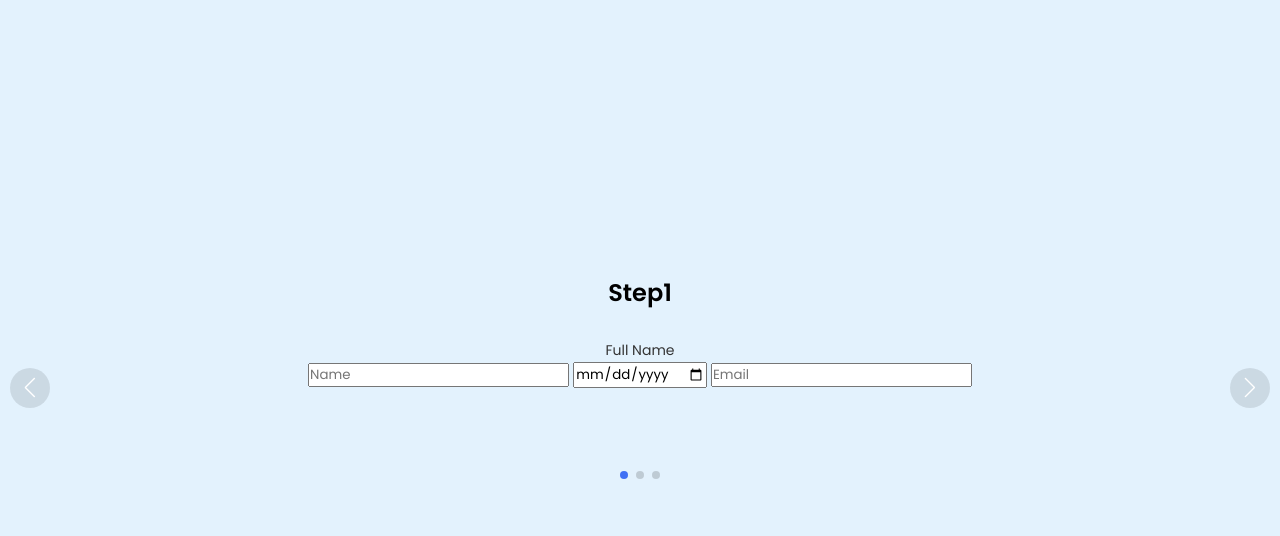
Repository: Habeebur1493/-22-multi-step-form
Page: index.html
An editor plug-in stored every save of this project. The page is shown before and after the next save, followed by the edit.
The browser window is 1280 px wide. The pictures show the whole page.

Above is the page before, as saved 2024-10-13 12:43:29.

### index.html
<!DOCTYPE html>
<html lang="en">
  <head>
    <meta charset="UTF-8" />
    <meta http-equiv="X-UA-Compatible" content="IE=edge" />
    <meta name="viewport" content="width=device-width, initial-scale=1.0" />
    <title>Responsive Testimonial Slider</title>

    <!-- Swiper CSS -->
    <link rel="stylesheet" href="css/swiper-bundle.min.css" />

    <!-- CSS -->
    <link rel="stylesheet" href="css/style.css" />

    <!-- Boxicons CSS -->
    <link
      href="https://unpkg.com/boxicons@2.1.2/css/boxicons.min.css"
      rel="stylesheet"
    />
  </head>
  <body>
    <section class="container">
      <div class="testimonial mySwiper">
        <div class="testi-content swiper-wrapper">
          <div class="slide swiper-slide">
            <h1>Step1</h1>
            <form action="">
              <p>Full Name</p>
              <input type="text" placeholder="Name" />
              <input type="date" placeholder="Date of Birth" />
              <input type="email" placeholder="Email" />

            </form>
          </div>
          <div class="slide swiper-slide">

            <p>
              Lorem ipsum dolor sit amet, consectetur adipisicing elit. Aperiam,
              saepe provident dolorem a quaerat quo error facere nihil deleniti
              eligendi ipsum adipisci, fugit, architecto amet asperiores
              doloremque deserunt eum nemo.
            </p>

            <i class="bx bxs-quote-alt-left quote-icon"></i>

            <div class="details">
              <span class="name">Marnie Lotter</span>
              <span class="job">Web Developer</span>
            </div>
          </div>
          <div class="slide swiper-slide">

            <p>
              Lorem ipsum dolor sit amet, consectetur adipisicing elit. Aperiam,
              saepe provident dolorem a quaerat quo error facere nihil deleniti
              eligendi ipsum adipisci, fugit, architecto amet asperiores
              doloremque deserunt eum nemo.
            </p>

            <i class="bx bxs-quote-alt-left quote-icon"></i>

            <div class="details">
              <span class="name">Marnie Lotter</span>
              <span class="job">Web Developer</span>
            </div>
          </div>
        </div>
        <div class="swiper-button-next nav-btn"></div>
        <div class="swiper-button-prev nav-btn"></div>
        <div class="swiper-pagination"></div>
      </div>
    </section>

    <!-- Swiper JS -->
    <script src="js/swiper-bundle.min.js"></script>

    <!-- JavaScript -->
    <script src="js/script.js"></script>
  </body>
</html>

### css/style.css
/* Google Fonts - Poppins */
@import url("https://fonts.googleapis.com/css2?family=Poppins:wght@300;400;500;600&display=swap");

* {
  margin: 0;
  padding: 0;
  box-sizing: border-box;
  font-family: "Poppins", sans-serif;
}
.container {
  height: 100vh;
  width: 100%;
  display: flex;
  align-items: center;
  justify-content: center;
  background-color: #e3f2fd;
}
.testimonial {
  position: relative;
  max-width: 1400px;
  width: 100%;
  padding: 50px 0;
  overflow: hidden;
}
.testimonial .image {
  height: 170px;
  width: 170px;
  object-fit: cover;
  border-radius: 50%;
}
.testimonial .slide {
  display: flex;
  align-items: center;
  justify-content: center;
  flex-direction: column;
  row-gap: 30px;
  height: 100%;
  width: 100%;
}
.slide p {
  text-align: center;
  padding: 0 160px;
  font-size: 14px;
  font-weight: 400;
  color: #333;
}
.slide .quote-icon {
  font-size: 30px;
  color: #4070f4;
}
.slide .details {
  display: flex;
  flex-direction: column;
  align-items: center;
}
.details .name {
  font-size: 14px;
  font-weight: 600;
  color: #333;
}
.details .job {
  font-size: 12px;
  font-weight: 400;
  color: #333;
}
/* swiper button css */
.nav-btn {
  height: 40px;
  width: 40px;
  border-radius: 50%;
  transform: translateY(30px);
  background-color: rgba(0, 0, 0, 0.1);
  transition: 0.2s;
}
.nav-btn:hover {
  background-color: rgba(0, 0, 0, 0.2);
}
.nav-btn::after,
.nav-btn::before {
  font-size: 20px;
  color: #fff;
}
.swiper-pagination-bullet {
  background-color: rgba(0, 0, 0, 0.8);
}
.swiper-pagination-bullet-active {
  background-color: #4070f4;
}
@media screen and (max-width: 768px) {
  .slide p {
    padding: 0 20px;
  }
  .nav-btn {
    display: none;
  }
}

### js/script.js
var swiper = new Swiper(".mySwiper", {
  slidesPerView: 1,
  grabCursor: true,
  loop: true,
  pagination: {
    el: ".swiper-pagination",
    clickable: true,
  },
  navigation: {
    nextEl: ".swiper-button-next",
    prevEl: ".swiper-button-prev",
  },
});

Loaded but not shown: css/swiper-bundle.min.css (library); js/swiper-bundle.min.js (library)

After the next save:
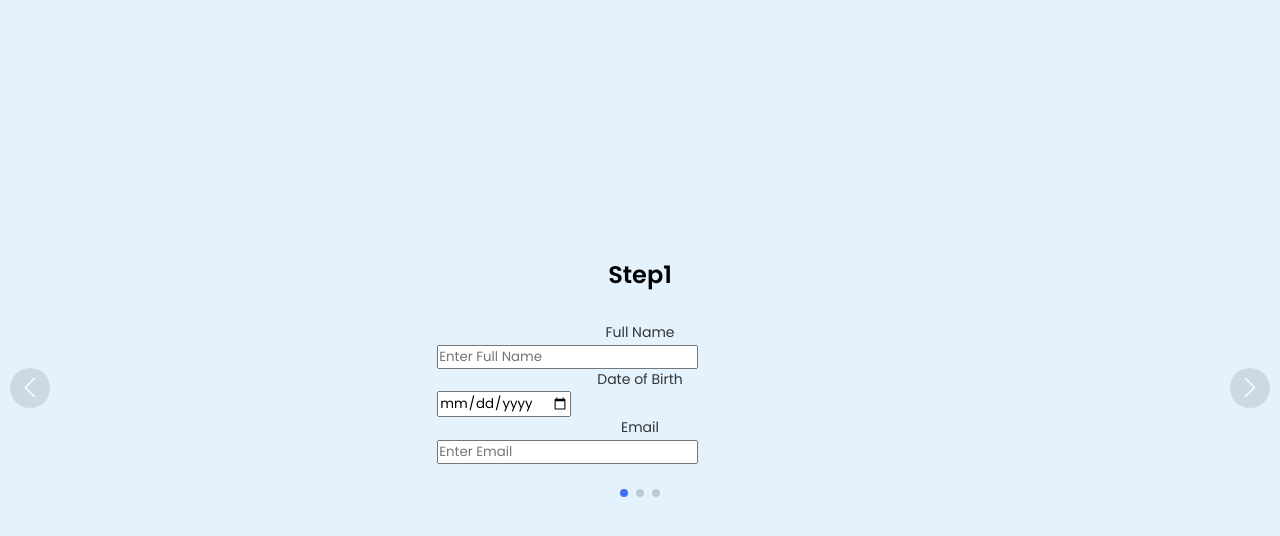
Saved 71 s later.
--- a/index.html
+++ b/index.html
@@ -26,9 +26,13 @@
             <h1>Step1</h1>
             <form action="">
               <p>Full Name</p>
-              <input type="text" placeholder="Name" />
+              <input type="text" placeholder="Enter Full Name" />
+              <br>
+              <p>Date of Birth</p>
               <input type="date" placeholder="Date of Birth" />
-              <input type="email" placeholder="Email" />
+              <br>
+              <p>Email</p>
+              <input type="email" placeholder="Enter Email" />
 
             </form>
           </div>
